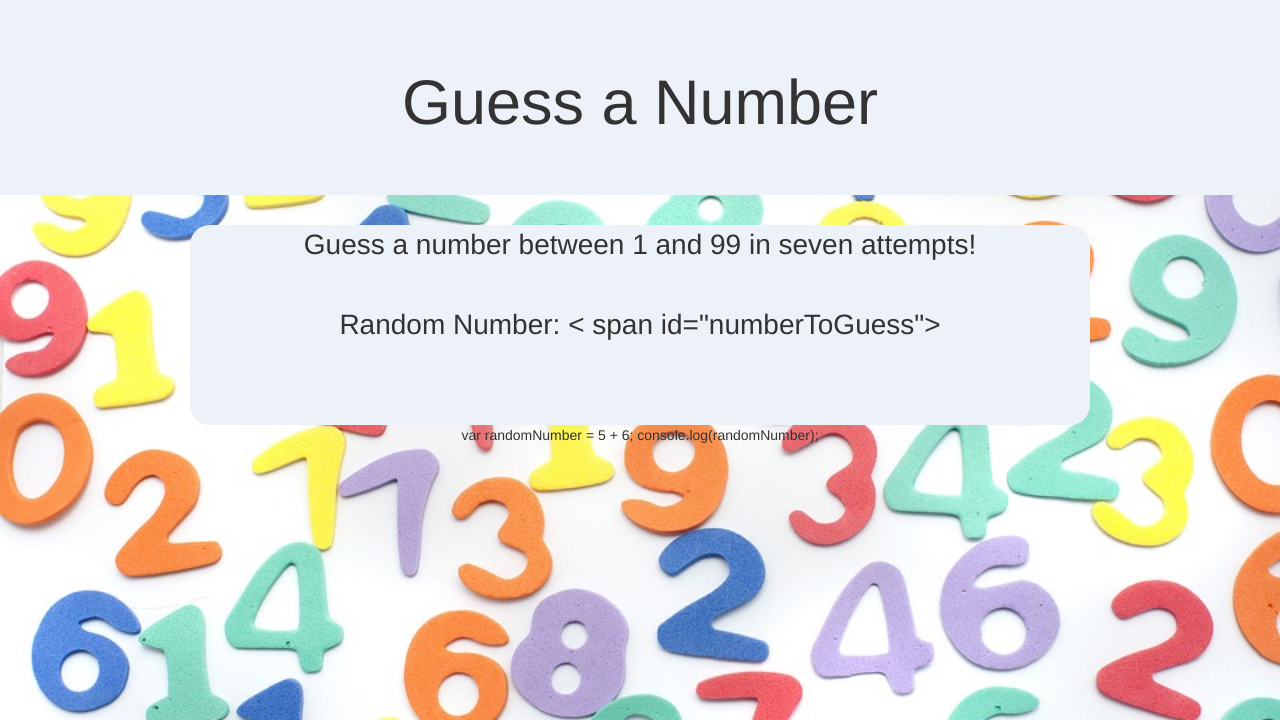
Repository: dereki16/lab3.1
Page: labs/lab1/index.html
The author's editor kept a record of every edit. The page is drawn from the files as they stood at one moment, then again after the next edit.
The browser window is 1280 px wide. The pictures show the whole page.

Above is the page before.

### labs/lab1/index.html
<!DOCTYPE html>
<html>
    <head>
        <title> Guess a Number </title>
        <meta charset="utf-8" />
        <script src="https://code.jquery.com/jquery.min.js"></script>

        <!--Bootstrap files-->
        <link rel="stylesheet" href="https://maxcdn.bootstrapcdn.com/bootstrap/3.3.7/css/bootstrap.min.css" integrity="sha384-BVYiiSIFeK1dGmJRAkycuHAHRg32OmUcww7on3RYdg4Va+PmSTsz/K68vbdEjh4u" crossorigin="anonymous">
        <script src="https://maxcdn.bootstrapcdn.com/bootstrap/3.3.7/js/bootstrap.min.js" integrity="sha384-Tc5IQib027qvyjSMfHjOMaLkfuWVxZxUPnCJA7l2mCWNIpG9mGCD8wGNIcPD7Txa" crossorigin="anonymous"></script>

        <!--Custom Styles-->
        <link href="css/styles.css" rel="stylesheet" type="text/css" />
    </head>
    <body>

        <div class="jumbotron">
            <h1>Guess a Number</h1>
        </div>

        <div id="directions">
            Guess a number between 1 and 99 in seven attempts!

            <br><br>
            Random Number: < span id="numberToGuess"></span>
        </div>

        <scipt>

            var randomNumber = 5 + 6;
            console.log(randomNumber);

        </scipt>
    </body>
</html>

Loaded but not shown: labs/lab1/css/styles.css (common file)

After the next edit:
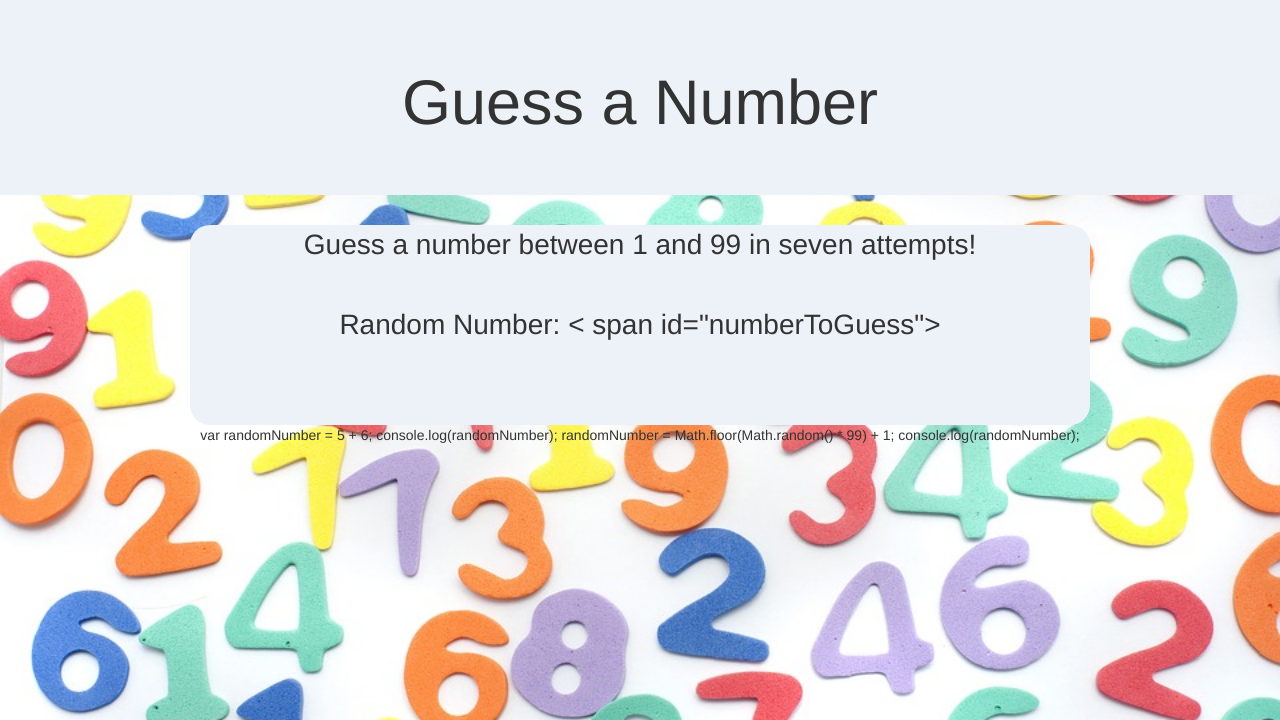
The edit:
--- a/labs/lab1/index.html
+++ b/labs/lab1/index.html
@@ -30,6 +30,9 @@
             var randomNumber = 5 + 6;
             console.log(randomNumber);
 
+            randomNumber = Math.floor(Math.random() * 99) + 1;
+            console.log(randomNumber);
+
         </scipt>
     </body>
 </html>
